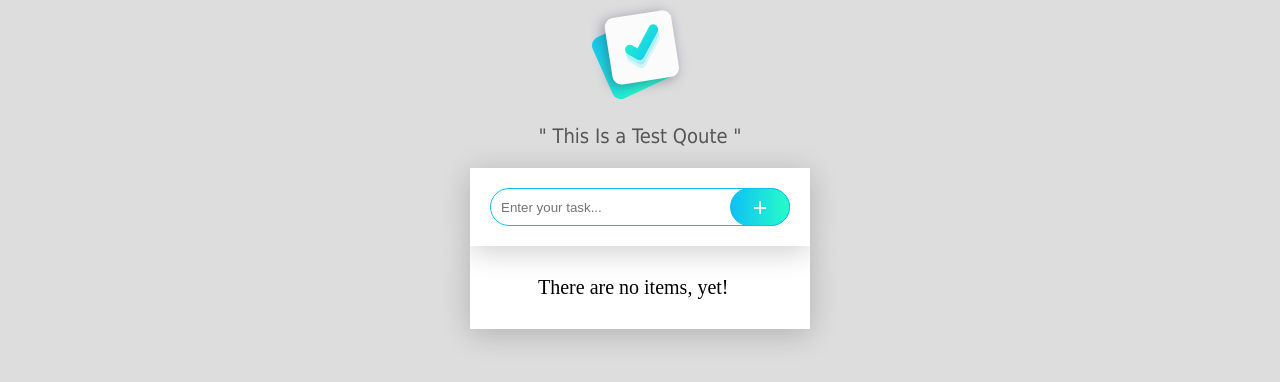
Repository: ahmedhamed15/React-Todo
Page: /
The author's editor kept a copy of each file at every save. The page is drawn from the files as they stood at one save, then again after the next save.
The browser window is 1280 px wide. The pictures show the whole page.
The project was rebuilt for these pictures with package versions that can differ from the ones it lists, and the page was loaded fresh each time. Also part of the build but not shown: src/components/Todos/TodoItem/index.js.

Above is the page before, as saved 2021-07-27 00:28:35.

### src/index.js
import React from 'react';
import ReactDOM from 'react-dom';
import './index.scss';
import App from './App';

ReactDOM.render(<App />,document.getElementById('root'));

### src/index.scss
html {
  background: #ddd;
  height: 100%;
  display: flex;
}
body {
  width: 100%;
  margin: auto;
  margin: 0;
  padding: 0;
}

### src/App.js
import MainLogo from "./components/MainLogo";
import Qoute from "./components/Qoute";
import TodoList from "./components/Todos/TodoList";

function App() {
  return (
    <section className="App">
      <MainLogo />
      <Qoute />
      <TodoList />
    </section>
  );
}

export default App;

### src/components/MainLogo/index.js
import "./style.scss"

const index = () => {
    return (
        <section className="main-logo">
            <svg width="100px" height="100px" viewBox="0 0 100 100" version="1.1" xmlns="http://www.w3.org/2000/svg" xmlnsXlink="http://www.w3.org/1999/xlink">
                <desc>Created with Sketch.</desc>
                <defs>
                <linearGradient x1="34.9523037%" y1="0%" x2="116.039609%" y2="115.484477%" id="linearGradient-1">
                    <stop stopColor="#27FDC7" offset="0%"></stop>
                    <stop stopColor="#0FC0F5" offset="100%"></stop>
                </linearGradient>
                <rect id="path-2" x="19.8783454" y="5.46149939" width="67.2578578" height="67.2008596" rx="8.99999976"></rect>
                <filter x="-35.7%" y="-28.3%" width="162.4%" height="162.5%" filterUnits="objectBoundingBox" id="filter-3">
                    <feOffset dx="-3" dy="2" in="SourceAlpha" result="shadowOffsetOuter1"></feOffset>
                    <feGaussianBlur stdDeviation="6.5" in="shadowOffsetOuter1" result="shadowBlurOuter1"></feGaussianBlur>
                    <feColorMatrix values="0 0 0 0 0.0296505968   0 0 0 0 0.0172602666   0 0 0 0 0.100446429  0 0 0 0.423177083 0" type="matrix" in="shadowBlurOuter1"></feColorMatrix>
                </filter>
                <linearGradient x1="0%" y1="0%" x2="115.291753%" y2="112.548614%" id="linearGradient-4">
                    <stop stopColor="#27FDC7" offset="0%"></stop>
                    <stop stopColor="#0FC0F5" offset="83.2001616%"></stop>
                    <stop stopColor="#27FDC7" offset="100%"></stop>
                </linearGradient>
                <path d="M40.2086259,6.21042694 C39.2480415,5.24152695 38.1027468,4.75708888 36.7727039,4.75708888 C35.4426658,4.75708888 34.3096854,5.24152695 33.3737297,6.21042694 L16.3049725,23.7622477 L12.0193093,19.3649757 C11.0833536,18.3960804 9.9503732,17.9116376 8.62033507,17.9116376 C7.29029269,17.9116376 6.14499751,18.3960804 5.1844131,19.3649757 C4.24845898,20.3338709 3.78048896,21.5077058 3.78048896,22.8865186 C3.78048896,24.2653314 4.24845898,25.4391663 5.1844131,26.4080615 L12.8690505,34.3082476 C13.8296349,35.2771428 14.9749296,35.7615833 16.3049725,35.7615833 C17.6350106,35.7615833 18.767991,35.2771428 19.7039467,34.3082476 L40.2086259,13.2535128 C41.1445816,12.2597758 41.61255,11.0797257 41.61255,9.71333379 C41.61255,8.34694665 41.1445816,7.17932216 40.2086259,6.21042694 Z" id="path-5"></path>
                <filter x="-51.5%" y="-62.9%" width="203.1%" height="225.8%" filterUnits="objectBoundingBox" id="filter-6">
                    <feOffset dx="0" dy="0" in="SourceAlpha" result="shadowOffsetOuter1"></feOffset>
                    <feGaussianBlur stdDeviation="6.5" in="shadowOffsetOuter1" result="shadowBlurOuter1"></feGaussianBlur>
                    <feColorMatrix values="0 0 0 0 1   0 0 0 0 1   0 0 0 0 1  0 0 0 0.588937953 0" type="matrix" in="shadowBlurOuter1"></feColorMatrix>
                </filter>
                </defs>
                <g id="Page-1" stroke="none" strokeWidth="1" fill="none" fillRule="evenodd">
                <g id="Artboard-2" transform="translate(-214.000000, -272.000000)">
                    <g id="Group-4" transform="translate(201.000000, 269.000000)">
                        <g id="Group-3" transform="translate(58.787474, 58.534712) rotate(-6.000000) translate(-58.787474, -58.534712) translate(5.642436, 5.434712)">
                            <g id="Group-2" transform="translate(52.899385, 53.035097) rotate(7.000000) translate(-52.899385, -53.035097) translate(5.609309, 5.785097)">
                            <path d="M20.0219734,15.1240886 L74.1829282,14.1930575 C79.1527566,14.1076258 83.2508546,18.0672116 83.3362864,23.03704 C83.3371726,23.0885978 83.3376158,23.1401624 83.3376158,23.1917278 L83.3376158,72.0429044 C83.3376158,76.9531616 79.4018358,80.9571794 74.4923039,81.0415747 L20.3313491,81.9726057 C15.3615207,82.0580374 11.2634227,78.0984516 11.1779909,73.1286232 C11.1771047,73.0770654 11.1766615,73.0255009 11.1766615,72.9739354 L11.1766615,24.1227589 C11.1766615,19.2125016 15.1124415,15.2084838 20.0219734,15.1240886 Z" id="Rectangle" fill="url(#linearGradient-1)" transform="translate(47.257139, 48.082832) scale(-1, -1) rotate(-25.000000) translate(-47.257139, -48.082832) "></path>
                            <g id="Rectangle" transform="translate(53.507274, 39.061929) rotate(-10.000000) translate(-53.507274, -39.061929) ">
                                <use fill="black" fillOpacity="1" filter="url(#filter-3)" xlinkHref="#path-2"></use>
                                <use fill="#FBFBFB" fillRule="evenodd" xlinkHref="#path-2"></use>
                            </g>
                            </g>
                        </g>
                        <g id="Group-5" transform="translate(43.000000, 26.000000)">
                            <path d="M41.1093892,10.5623533 C40.1488048,9.59345333 39.0035101,9.10901526 37.6734673,9.10901526 C36.3434291,9.10901526 35.2104488,9.59345333 34.274493,10.5623533 L17.2057358,28.1141741 L12.9200727,23.716902 C11.9841169,22.7480068 10.8511366,22.263564 9.52109843,22.263564 C8.19105605,22.263564 7.04576086,22.7480068 6.08517646,23.716902 C5.14922234,24.6857973 4.68125232,25.8596322 4.68125232,27.238445 C4.68125232,28.6172578 5.14922234,29.7910927 6.08517646,30.7599879 L13.7698139,38.660174 C14.7303983,39.6290692 15.875693,40.1135096 17.2057358,40.1135096 C18.535774,40.1135096 19.6687543,39.6290692 20.6047101,38.660174 L41.1093892,17.6054392 C42.045345,16.6117022 42.5133134,15.4316521 42.5133134,14.0652602 C42.5133134,12.698873 42.045345,11.5312485 41.1093892,10.5623533 Z" id="Page-1" fill="url(#linearGradient-4)" opacity="0.3" transform="translate(23.597283, 24.611262) rotate(-16.000000) translate(-23.597283, -24.611262) "></path>
                            <path d="M42.0101526,14.2623533 C41.0495682,13.2934533 39.9042735,12.8090153 38.5742306,12.8090153 C37.2441925,12.8090153 36.1112121,13.2934533 35.1752564,14.2623533 L18.1064992,31.8141741 L13.820836,27.416902 C12.8848803,26.4480068 11.7518999,25.963564 10.4218618,25.963564 C9.09181941,25.963564 7.94652422,26.4480068 6.98593982,27.416902 C6.78271177,27.6272827 6.60154798,27.8473258 6.4424483,28.0770317 C5.8688243,28.9052219 5.58201568,29.8590202 5.58201568,30.938445 C5.58201568,32.3172578 6.04998569,33.4910927 6.98593982,34.4599879 L14.6705772,42.360174 C15.6311616,43.3290692 16.7764563,43.8135096 18.1064992,43.8135096 C19.4365373,43.8135096 20.5695177,43.3290692 21.5054734,42.360174 L42.0101526,21.3054392 C42.9461083,20.3117022 43.4140767,19.1316521 43.4140767,17.7652602 C43.4140767,16.398873 42.9461083,15.2312485 42.0101526,14.2623533 Z" id="Page-1" fill="url(#linearGradient-4)" opacity="0.2" transform="translate(24.498046, 28.311262) rotate(-16.000000) translate(-24.498046, -28.311262) "></path>
                            <g id="Page-1" transform="translate(22.696519, 20.259336) rotate(-16.000000) translate(-22.696519, -20.259336) ">
                            <use fill="black" fillOpacity="1" filter="url(#filter-6)" xlinkHref="#path-5"></use>
                            <use fill="url(#linearGradient-4)" fillRule="evenodd" xlinkHref="#path-5"></use>
                            </g>
                        </g>
                    </g>
                </g>
                </g>
            </svg>
        </section>
    )
}

export default index

### src/components/Qoute/index.js
import "./style.scss"

const index = () => {
    return (
        <section className="qoute">
            <blockquote> This Is a Test Qoute </blockquote>
        </section>
    )
}

export default index

### src/components/Todos/TodoList/index.js
import React, {useState} from 'react';
import TodoItem from "../TodoItem";
import TodoFrom from "../TodoForm";
import "./style.scss"

const Index = () => {

    // Main State
    const [state, setState] = useState({
        tasks: [],
        error: ''
    });

    // Add A New Item
    const addNewItem = (title) => {
        if (title.trim() !== '') {
            let newItems = {
                id: 5,
                title,
                active: true
            };
            setState({
                tasks: [...state.tasks, newItems],
                error: ''
            });
        } else {
            setState({
                tasks: [...state.tasks],
                error: "You must add real value!"
            })
        }
    }

    return (
        <section className="todos-list">

            {/* General SVG code for checkbox */}
            <svg viewBox="0 0 0 0" style={ {position: 'absolute', zIndex: '-1', opacity: '0'} }>
                <defs>
                <linearGradient id="boxGradient" gradientUnits="userSpaceOnUse" x1="0" y1="0" x2="25" y2="25">
                    <stop offset="0%"   stopColor="#27FDC7"/>
                    <stop offset="100%" stopColor="#0FC0F5"/>
                </linearGradient>

                <linearGradient id="lineGradient">
                    <stop offset="0%"    stopColor="#0FC0F5"/>
                    <stop offset="100%"  stopColor="#27FDC7"/>
                </linearGradient>

                <path id="todo__line" stroke="url(#lineGradient)" d="M21 12.3h168v0.1z"></path>
                <path id="todo__box" stroke="url(#boxGradient)" d="M21 12.7v5c0 1.3-1 2.3-2.3 2.3H8.3C7 20 6 19 6 17.7V7.3C6 6 7 5 8.3 5h10.4C20 5 21 6 21 7.3v5.4"></path>
                <path id="todo__check" stroke="url(#boxGradient)" d="M10 13l2 2 5-5"></path>
                <circle id="todo__circle" cx="13.5" cy="12.5" r="10"></circle>
                </defs>
            </svg>


            {/* Todo From */}
            <TodoFrom addNewItem={addNewItem} errorMsg={state.error} />

            {/* Todos List */}
            <div className="todo-list">
                {/* { state.error !== '' && (<div className="todo"> {state.error} </div>) } */}
                { state.tasks.length > 0 ? state.tasks.map( (item) => <TodoItem key={item.id} task={item} /> ) : (<div className="todo"> There are no items, yet! </div>) }
            </div>

        </section>
    )
}

export default Index

### src/components/MainLogo/style.scss
.main-logo {
    text-align: center;
}

### src/components/Qoute/style.scss
.qoute {
    text-align: center;
    blockquote {
        font: {
            size: 20px;
            family: 'tahoma', arial;
            weight: 500;
        }
        color: #555;
        &::after,
        &::before {
            content: ' " ';
        }
    }
}

### src/components/Todos/TodoForm/index.js
import "./style.scss";

const index = ({ addNewItem, errorMsg }) => {

    // Submit Handle
    const submitHandle = (e) => {
        e.preventDefault();
        addNewItem(e.target.title.value);
    }

    return (
        <form className="todo-form" onSubmit={submitHandle}>
            <input type="text" className="todo-form__input-type" name="title" placeholder="Enter your task..." />
            <button type="submit" className="todo-form__button-type"> + </button>
            {errorMsg !== '' && (<div className="error-message"> {errorMsg} </div>)}
        </form>
    )
}

export default index

### src/components/Todos/TodoList/style.scss
.todo-list {
    background: #FFF;
    font-size: 20px;
    max-width: 15em;
    margin: auto;
    padding: 0.5em 1em;
    box-shadow: 0 5px 30px rgba(0, 0, 0, 0.2);
}

### src/components/Todos/TodoItem/style.scss
  .todo {
    display: block;
    position: relative;
    padding: 1em 1em 1em 16%;
    margin: 0 auto;
    cursor: pointer;
  }
  .todo:last-child {
    border-bottom: none;
  }
  .todo__state {
    position: absolute;
    top: 0;
    left: 0;
    opacity: 0;
  }
  .todo__text {
    color: #135156;
    transition: all 0.4s linear 0.4s;
    padding-right: 20px;
  }
  .todo__icon {
    position: absolute;
    top: 0;
    bottom: 0;
    left: 0;
    width: 100%;
    height: auto;
    margin: auto;
    fill: none;
    stroke: #27FDC7;
    stroke-width: 2;
    stroke-linejoin: round;
    stroke-linecap: round;
  }
  .todo__line,
  .todo__box,
  .todo__check {
    transition: stroke-dashoffset 0.8s cubic-bezier(0.9, 0, 0.5, 1);
  }
  .todo__circle {
    stroke: #27FDC7;
    stroke-dasharray: 1 6;
    stroke-width: 0;
    transform-origin: 13.5px 12.5px;
    transform: scale(0.4) rotate(0deg);
    -webkit-animation: none 0.8s linear;
            animation: none 0.8s linear;
  }
  @-webkit-keyframes explode {
    30% {
      stroke-width: 3;
      stroke-opacity: 1;
      transform: scale(0.8) rotate(40deg);
    }
    100% {
      stroke-width: 0;
      stroke-opacity: 0;
      transform: scale(1.1) rotate(60deg);
    }
  }
  @keyframes explode {
    30% {
      stroke-width: 3;
      stroke-opacity: 1;
      transform: scale(0.8) rotate(40deg);
    }
    100% {
      stroke-width: 0;
      stroke-opacity: 0;
      transform: scale(1.1) rotate(60deg);
    }
  }
  .todo__box {
    stroke-dasharray: 56.1053, 56.1053;
    stroke-dashoffset: 0;
    transition-delay: 0.16s;
  }
  .todo__check {
    stroke: #27FDC7;
    stroke-dasharray: 9.8995, 9.8995;
    stroke-dashoffset: 9.8995;
    transition-duration: 0.32s;
  }
  .todo__line {
    stroke-dasharray: 168, 1684;
    stroke-dashoffset: 168;
  }
  .todo__circle {
    -webkit-animation-delay: 0.56s;
            animation-delay: 0.56s;
    -webkit-animation-duration: 0.56s;
            animation-duration: 0.56s;
  }
  .todo__state:checked ~ .todo__text {
    transition-delay: 0s;
    color: #5EBEC1;
    opacity: 0.6;
  }
  .todo__state:checked ~ .todo__icon .todo__box {
    stroke-dashoffset: 56.1053;
    transition-delay: 0s;
  }
  .todo__state:checked ~ .todo__icon .todo__line {
    stroke-dashoffset: -8;
  }
  .todo__state:checked ~ .todo__icon .todo__check {
    stroke-dashoffset: 0;
    transition-delay: 0.48s;
  }
  .todo__state:checked ~ .todo__icon .todo__circle {
    -webkit-animation-name: explode;
            animation-name: explode;
  }
  .todo-item {
    position: relative;
    &:not(:last-child) {
      .todo {
        border-bottom: solid 1px #ddd;
      }
    }
  }
  .todo__delete-btn {
    color: red;
    font: {
      size: 25px;
      weight: bold
    };
    position: absolute;
    top: 50%;
    right: -33px;
    transform: translateY(-50%);
    background-image: linear-gradient(to right, #0FC0F5, #27FDC7);
    width: 25px;
    height: 25px;
    text-align: center;
    border-radius: 50%;
    cursor: pointer;
  }

### src/components/Todos/TodoForm/style.scss
.todo-form {
    background: #FFF;
    font-size: 20px;
    max-width: 15em;
    margin: auto;
    padding: 1em;
    box-shadow: 0 5px 30px rgba(0, 0, 0, 0.2);
    display: flex;
    position: relative;
    flex-wrap: wrap;
    .todo-form__input-type,
    .todo-form__button-type {
        height: 30px;
        border: 1px solid #0FC0F5;
    }
    .todo-form__input-type {
        width: 100%;
        padding: 3px 10px;
        border-radius: 30px;
        &:focus {
            outline: 0;
        }
    }
    .todo-form__button-type {
        border-radius: 30px;
        width: 60px;
        height: 38px;
        background: none;
        color: #FFF;
        cursor: pointer;
        position: absolute;
        right: 0.8em;
        background-image: linear-gradient(to right, #0FC0F5, #27FDC7);
        border: 1px solid #0FC0F5;
        top: 50%;
        transform: translateY(-50%);
        font: {
            size: 25px;
        }
    }
}
.error-message {
    width: 100%;
}

Loaded but not shown: public/index.html (common file)

After the next save:
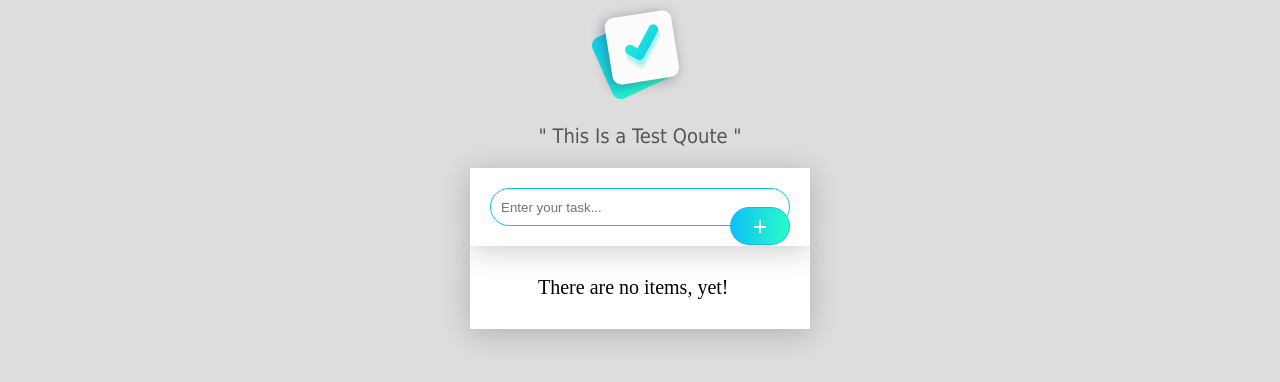
Saved 41 s later.
--- a/src/components/Todos/TodoForm/style.scss
+++ b/src/components/Todos/TodoForm/style.scss
@@ -32,8 +32,7 @@
         right: 0.8em;
         background-image: linear-gradient(to right, #0FC0F5, #27FDC7);
         border: 1px solid #0FC0F5;
-        top: 50%;
-        transform: translateY(-50%);
+        top: 39px;
         font: {
             size: 25px;
         }

After the save that followed:
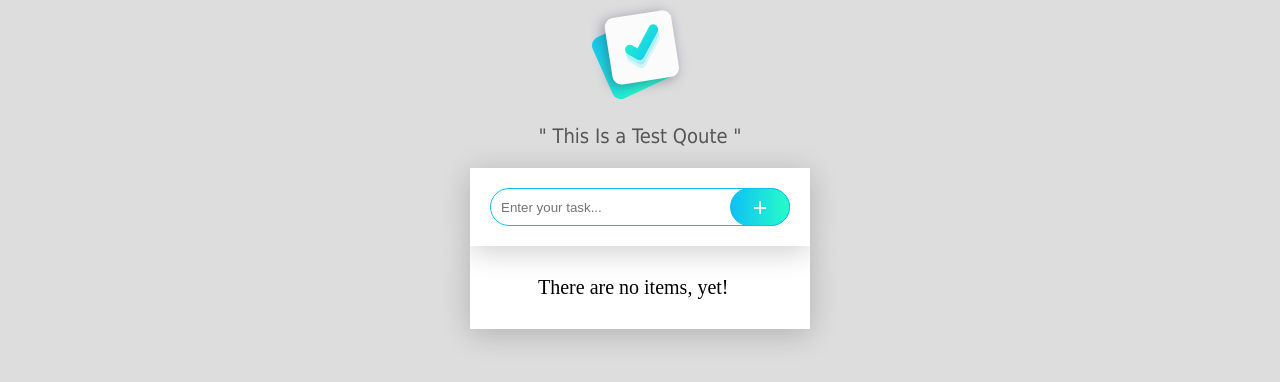
Saved 29 s later.
--- a/src/components/Todos/TodoForm/style.scss
+++ b/src/components/Todos/TodoForm/style.scss
@@ -32,7 +32,7 @@
         right: 0.8em;
         background-image: linear-gradient(to right, #0FC0F5, #27FDC7);
         border: 1px solid #0FC0F5;
-        top: 39px;
+        top: 20px;
         font: {
             size: 25px;
         }
